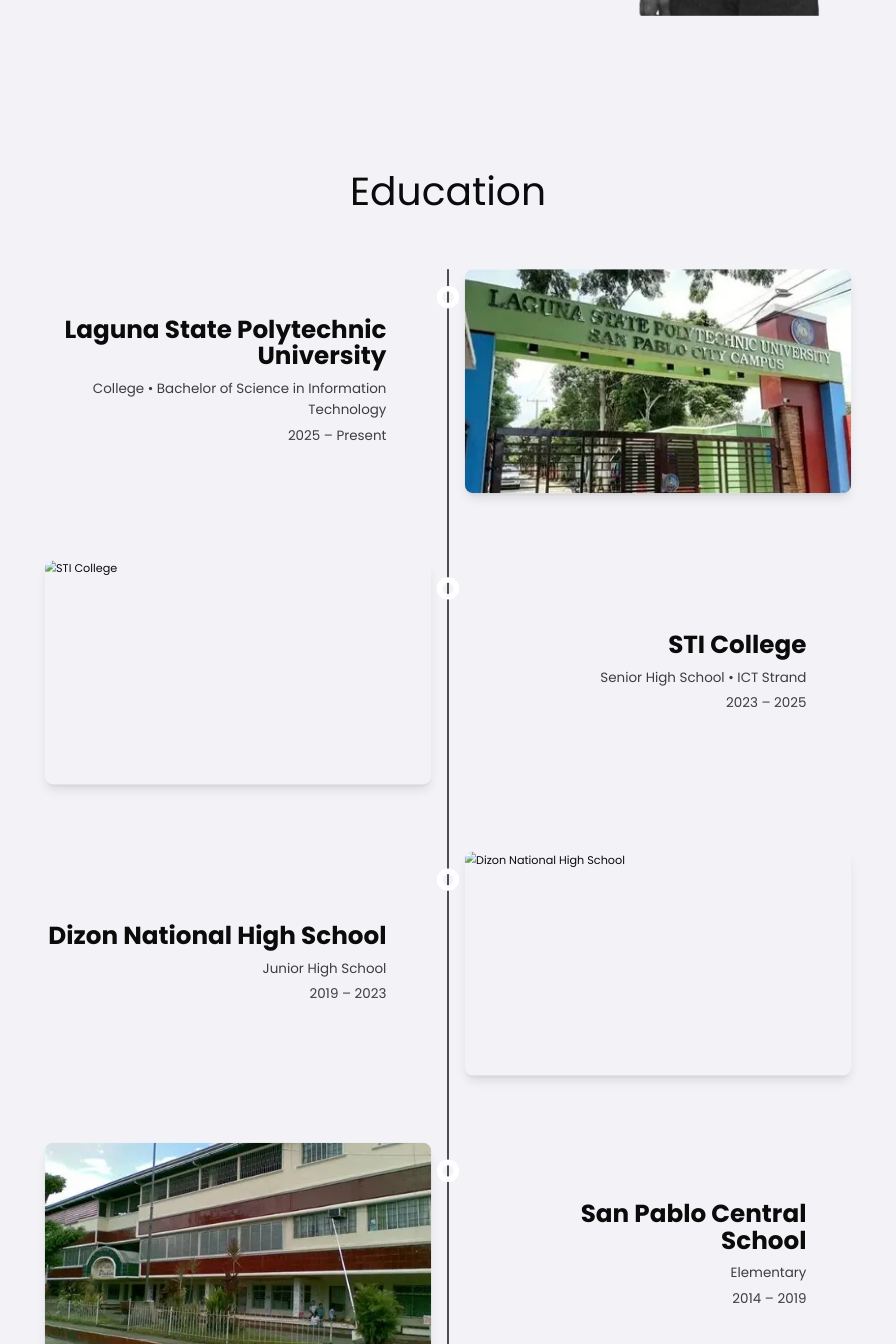
Repository: Latrell26/Portfolio-schoolProject
Page: /
These files come from the project's save history. The page is drawn as it stood at one moment and after a run of saves; the edit follows.
The browser window is 1280 px wide. The pictures show the part of the page from y = 1371 to 3291 px (the page is 6276 px tall), at 70% of full size.
The project was rebuilt for these pictures with package versions that can differ from the ones it lists, and the page was loaded fresh each time. Also part of the build but not shown: svelte.config.js, vite.config.js.

Above is the page before, as saved 2026-01-02 22:32:13.

### index.html
<!doctype html>
<html lang="en">
  <head>
    <meta charset="UTF-8" />
    <link rel="icon" type="image/svg+xml" href="/vite.svg" />
    <meta name="viewport" content="width=device-width, initial-scale=1.0" />
    <title>my-portfolio</title>
    <link rel="preconnect" href="https://fonts.googleapis.com">
<link rel="preconnect" href="https://fonts.gstatic.com" crossorigin>
<link href="https://fonts.googleapis.com/css2?family=Poppins:ital,wght@0,100;0,200;0,300;0,400;0,500;0,600;0,700;0,800;0,900;1,100;1,200;1,300;1,400;1,500;1,600;1,700;1,800;1,900&display=swap" rel="stylesheet">
 <link
    rel="stylesheet"
    href="https://cdnjs.cloudflare.com/ajax/libs/font-awesome/6.5.0/css/all.min.css"
  />
  </head>
  <body>
    <div id="app"></div>
    <script type="module" src="/src/main.js"></script>
  </body>
</html>

### src/app.css
@import "tailwindcss";

@theme {
  --color-dark: var(--dark);
  --color-medyolight: var(--medyolight);
  --color-light: var(--light);
}

:root {
  font-family: poppins;
  line-height: 1.5;
  font-weight: 400;
  color-scheme: light dark;
  color: #0B0B0B;
  background-color: #F2F2F7;
  font-synthesis: none;
  text-rendering: optimizeLegibility;
  -webkit-font-smoothing: antialiased;
  -moz-osx-font-smoothing: grayscale;
  --dark: #0B0B0B;
  --light: #F2F2F7;
  --medyolight: #3D3D3D;
  --light_bg: #F2F2F7;

  --tooltip-bg: var(--dark);
  --tooltip-text: var(--light);
  --tooltip-border: var(--dark);
}

.dark-mode {
  --dark: #0B0B0B;
  --medyolight: #E0E0E0;
  --light: #F2F2F7;
  --light_bg: #0B0B0B;
}

.dark-mode {
  background-color: var(--dark);
  color: var(--light);
  border-top-color: var(--light);
}

html{
  scroll-behavior: smooth;
  transition: color 0.3s ease;

}

h1 {
  font-size: clamp(4rem, 7vw, 8rem);
  font-weight: 700;
  line-height: 1.1;
}
h2 {
  font-size: clamp(2rem, 6vw, 3.5rem);
  line-height: 1.1;
}
h3 {
  font-size: clamp(2rem, 6vw, 2.2rem);
  line-height: 1.1;
}
h4 {
  font-size: clamp(1rem, 6vw, 2rem);
  line-height: 1.1;
}
h5{
  font-size: clamp(2rem, 3vw, 2.5rem);
}
p{
  font-size: clamp(1rem, 6vw, 1.2rem);
  color: var(--medyolight);
}

span{
  color: var(--light);
}

.border-light {
  border-color: transparent;
}
.border-t-light {
  border-top-color: var(--dark);
}

@keyframes slide {
    from {
      transform: translateX(-100%);
    }
    to {
      transform: translateX(0);
    }
  }

### src/App.svelte
<script>
  import svelteLogo from "./assets/svelte.svg";
  import viteLogo from "/vite.svg";
  import NavBar from "./lib/navBar.svelte";
  import Footer from "./lib/footer.svelte";
  import * as img from "./imagedata.js";
  import { projects } from "./lib/arrayObjectsData.js";
  import { education } from "./lib/arrayObjectsData.js";
  import ProjectCard from "./lib/components-cards.svelte";
  import TimelineItem from "./lib/TimeLineItem.svelte";
  const icons = [
    { src: img.csharplogo, name: "C#" },
    { src: img.csslogo, name: "CSS" },
    { src: img.htmllogo, name: "HTML" },
    { src: img.javalogo, name: "Java" },
    { src: img.jslogo, name: "JavaScript" },
    { src: img.pythonlogo, name: "Python" },
    { src: img.sveltelogo, name: "Svelte" },
    { src: img.tailwindlogo, name: "Tailwind CSS" },
    { src: img.figmalogo, name: "Figma" },
    { src: img.supabaselogo, name: "Supabase" },
    { src: img.firebaselogo, name: "Firebase" },
    { src: img.github, name: "GitHub" },
    { src: img.gitlogo, name: "Git" },
  ];
</script>

<main class="max-w-330 mx-auto pt-2 px-4 lg:px-10 duration-300">
  <NavBar />
  <section
    class="h-screen flex flex-col justify-center items-center text-center"
    id="home"
  >
    <div>
      <h1 class="font-bold">Latrell Cruz</h1>
      <p class=" text-lg max-w-2xl">
        Aspiring Front-End Developer and senior high school student focused on
        building clean, responsive websites.
      </p>
    </div>

    <div class="flex flex-row gap-4 mt-4 justify-center items-center">
      <a href="https://www.facebook.com/share/1Da6x7yam2/">
        <i class="fa-brands fa-facebook text-[2.7rem] hover:text-[#1877F2] duration-300"></i>
      </a>
      <a href="https://www.linkedin.com/in/latrell-cruz-a11975387/">
        <i class="fa-brands fa-linkedin text-[2.8rem] hover:text-[#0A66C2] duration-300"></i>
      </a>
      <a href="https://github.com/Latrell26">
        <i class="fa-brands fa-github text-[2.8rem] duration-300"></i>
      </a>
    </div>
  </section>

  <section class="mb-35 pt-10" id="about">
    <div class="flex flex-wrap justify-between items-center">
      <div class="flex flex-col">
        <h2 class="mb-6">About me</h2>
        <div class="max-w-[50rem] leading-10 flex-1 text-justify">
          <p>
            Hey there! I'm Latrell Cruz from Brgy. San Nicolas, San Pablo City.
            I love making digital experiences that are easy to use and fun to
            interact with.
          </p>
          <p class="mt-4">
            I’m currently a 1st year student at LSPU San Pablo Campus, studying
            Information Technology. I’ve always been interested in technology
            and design, which made me focus on front-end development and UI/UX.
            I enjoy mixing creativity with coding to build websites and apps
            that people like and find useful.
          </p>
          <p class="mt-4">
            I am also part of OCTA, an organization in LSPU, where I belong to
            the Software Engineering as part of the Front-End team.
            Being part of OCTA helps me gain real experience, work with other
            developers, and improve my skills even more.
          </p>
        </div>
      </div>
      <img src={img.me} alt="me" class="hidden xl:block w-auto h-auto" />
    </div>
  </section>
  <section id="education" class="py-20 px-6">
  <div class="max-w-6xl mx-auto">
    <h2 class="text-center mb-20">Education</h2>

    <div class="relative">
      <div class="absolute left-1/2 transform -translate-x-1/2 w-0.5 bg-dark h-full hidden lg:block"></div>

      <div class="space-y-0">
        {#each education as edu, i}
          <TimelineItem
            school={edu.school}
            level={edu.level}
            year={edu.year}
            image={edu.image}
            imageAlt={edu.imageAlt}
            isLeft={i % 2 === 0}
          />
        {/each}
      </div>
    </div>
  </div>
</section>
  <section class="mb-5">
    <h3 class="flex justify-center items-center">Tech I Use</h3>
    <div class="relative overflow-hidden py-4 pt-12">
      <div
        class="pointer-events-none absolute inset-0 z-10
          bg-[linear-gradient(to_right,var(--light_bg)_0%,transparent_20%,transparent_80%,var(--light_bg)_100%)]
          "
      ></div>

      <div class="flex animate-[slide_26s_linear_infinite] gap-8 md:gap-16">
  <div class="flex gap-8 md:gap-16 flex-none">
    {#each icons as icon}
      <div class="relative group">
        <img
          src={icon.src}
          alt={icon.name}
          class="flex-none
                 h-12 w-12 sm:h-16 sm:w-16 md:h-24 md:w-24
                 transition-transform duration-300 ease-out
                 group-hover:scale-110 group-hover:-translate-y-2
                 cursor-pointer"
        />

        <span
          class="tooltip absolute bottom-full left-1/2 -translate-x-1/2 mb-3
                 px-3 sm:px-4 py-1 sm:py-2 text-xs sm:text-sm font-medium
                 rounded-lg opacity-0 group-hover:opacity-100
                 pointer-events-none whitespace-nowrap
                 transition-opacity duration-300 ease-out shadow-lg"
        >
          {icon.name}
          <span
            class="absolute top-full left-1/2 -translate-x-1/2
                   border-4 sm:border-8 border-light border-t-light"
          ></span>
        </span>
      </div>
    {/each}
  </div>

  <div class="flex gap-8 md:gap-16 flex-none">
    {#each icons as icon}
      <div class="relative group">
        <img
          src={icon.src}
          alt={icon.name}
          class="flex-none
                 h-12 w-12 sm:h-16 sm:w-16 md:h-24 md:w-24
                 transition-transform duration-300 ease-out
                 group-hover:scale-110 group-hover:-translate-y-2
                 cursor-pointer"
        />

        <span
          class="tooltip absolute bottom-full left-1/2 -translate-x-1/2 mb-3
                 px-3 sm:px-4 py-1 sm:py-2 text-xs sm:text-sm font-medium
                 rounded-lg opacity-0 group-hover:opacity-100
                 pointer-events-none whitespace-nowrap
                 transition-opacity duration-300 ease-out shadow-lg"
        >
          {icon.name}
          <span
            class="absolute top-full left-1/2 -translate-x-1/2
                   border-4 sm:border-8 border-light border-t-light"
          ></span>
        </span>
      </div>
    {/each}
  </div>
</div>

      </div>
  </section>

  <section class="mb-70 pt-20" id="projects">
    <h2 class="text-center mb-8">What I Build</h2>
    <div class="flex flex-wrap justify-center">
      <div class="grid grid-cols-1 lg:grid-cols-2 gap-16">
        {#each projects as project}
          <ProjectCard
            image={project.image}
            title={project.title}
            text={project.text}
            logo={project.logo || []}
            url={project.url}
          />
        {/each}
      </div>
    </div>
  </section>
  <section id="contact" class="pt-20">
    <Footer />
  </section>
</main>

<style>
  .tooltip {
    background-color: #0b0b0b;
    color: #f2f2f7;
    border-color: #0b0b0b;
  }

  .tooltip span {
    border-top-color: #0b0b0b;
  }

  :global(.dark-mode) .tooltip {
    background-color: #f2f2f7;
    color: #0b0b0b;
    border-color: #f2f2f7;
  }

  :global(.dark-mode) .tooltip span {
    border-top-color: #f2f2f7;
  }
</style>

### src/lib/navBar.svelte
<script>
  import { onMount } from "svelte";

  let isDark = false;
  let currentIcon;
  let menuOpen = false;
  let scrolled = false;
  let activeSection = "home";

  let prevScrollY = 0;
  let navbarVisible = true;
  let forceHide = false;

  const sunIcon = `
    <svg xmlns="http://www.w3.org/2000/svg" viewBox="0 0 24 24"
         fill="none" stroke="currentColor" class="w-4 h-4">
      <path stroke-linecap="round" stroke-linejoin="round" stroke-width="2"
            d="M12 3v1m0 16v1m9-9h-1M4 12H3
               m15.364 6.364l-.707-.707
               M6.343 6.343l-.707-.707
               m12.728 0l-.707.707
               M6.343 17.657l-.707.707
               M16 12a4 4 0 11-8 0 4 4 0 018 0z"/>
    </svg>
  `;

  const moonIcon = `
    <svg xmlns="http://www.w3.org/2000/svg" viewBox="0 0 24 24"
         fill="none" stroke="currentColor" class="w-4 h-4">
      <path stroke-linecap="round" stroke-linejoin="round" stroke-width="2"
            d="M20.354 15.354A9 9 0 018.646 3.646
               9.003 9.003 0 0012 21
               a9.003 9.003 0 008.354-5.646z"/>
    </svg>
  `;

  function applyDarkMode(value) {
    document.documentElement.classList.toggle("dark-mode", value);
    localStorage.setItem("darkMode", value);
    currentIcon = value ? moonIcon : sunIcon;
  }

  function toggleDarkMode() {
    isDark = !isDark;
    applyDarkMode(isDark);
  }

  function hideNavbarAfterClick() {
    forceHide = true;
    navbarVisible = false;
    setTimeout(() => forceHide = false, 1200);
  }

  onMount(() => {
    const saved = localStorage.getItem("darkMode");
    isDark = saved !== null
      ? saved === "true"
      : window.matchMedia("(prefers-color-scheme: dark)").matches;
    applyDarkMode(isDark);

    const handleScroll = () => {
      if (forceHide) return;

      const currentScrollY = window.scrollY;
      scrolled = currentScrollY > 50;

      if (currentScrollY > prevScrollY && currentScrollY > 100) {
        navbarVisible = false;
      } else if (currentScrollY < prevScrollY) {
        navbarVisible = true;
      }

      if (currentScrollY <= 10) navbarVisible = true;
      prevScrollY = currentScrollY;
    };

    window.addEventListener("scroll", handleScroll);

    const sections = document.querySelectorAll("section[id]");
    const observer = new IntersectionObserver(
      entries => {
        entries.forEach(entry => {
          if (entry.isIntersecting) activeSection = entry.target.id;
        });
      },
      { threshold: 0.5 }
    );
    sections.forEach(sec => observer.observe(sec));

    return () => {
      window.removeEventListener("scroll", handleScroll);
      observer.disconnect();
    };
  });
</script>

<nav
  class={`fixed top-0 left-0 right-0 z-50 py-2 transition-all duration-300 ease-out
  bg-transparent ${scrolled ? "bg-white/10 border-b border-white/20 backdrop-blur-xl shadow-md" : "border-b border-transparent"}
  ${navbarVisible ? "translate-y-0" : "-translate-y-full"}`}
>
  <div class="flex justify-between items-center max-w-7xl mx-auto px-4">
    <h5 class="font-semibold">LC</h5>

    <ul class="hidden md:flex gap-12 text-lg">
      {#each ["home","about","education","projects","contact"] as item}
        <li class="hover:underline underline-offset-4">
          <a href={`#${item}`} on:click={hideNavbarAfterClick}
             class={activeSection === item ? "underline" : ""}>
            {item[0].toUpperCase() + item.slice(1)}
          </a>
        </li>
      {/each}
    </ul>

    <button class="md:hidden text-2xl" on:click={() => menuOpen = true}>☰</button>

    <button
      on:click={toggleDarkMode}
      class="hidden md:flex relative w-14 h-7 rounded-full bg-white shadow-md flex items-center cursor-pointer"
    >
      <div class="w-7 h-7 rounded-full transition-all duration-300 flex items-center justify-center text-white
                  {isDark ? 'bg-dark translate-x-7' : 'bg-yellow-500 translate-x-0'}">
        {@html currentIcon}
      </div>
    </button>
  </div>
</nav>

<div
  class={`fixed top-0 right-0 h-full w-64 bg-black/80 backdrop-blur-xl text-white p-6 z-40
    transition-transform duration-300 ${menuOpen ? "translate-x-0" : "translate-x-full"}`}
>
  <button class="text-3xl mb-6" on:click={() => menuOpen = false}>✕</button>

  <button
    on:click={toggleDarkMode}
    class="relative w-14 h-7 rounded-full bg-white shadow-md flex items-center cursor-pointer mb-6"
  >
    <div class="w-7 h-7 rounded-full transition-all duration-300 flex items-center justify-center text-white
                {isDark ? 'bg-dark translate-x-7' : 'bg-yellow-500 translate-x-0'}">
      {@html currentIcon}
    </div>
  </button>

  <ul class="flex flex-col gap-6 text-xl">
    {#each ["home","about","education","projects","contact"] as item}
      <li>
        <a href={`#${item}`} on:click={() => { menuOpen = false; hideNavbarAfterClick(); }}
           class={activeSection === item ? "underline" : ""}>
          {item[0].toUpperCase() + item.slice(1)}
        </a>
      </li>
    {/each}
  </ul>
</div>

<style>
  .dark-mode {
    --dark: #0B0B0B;
    --light: #F2F2F7;
    background-color: var(--dark);
    color: var(--light);
  }
</style>

### src/lib/footer.svelte
    <script>
    import * as img from "../imagedata.js";
    </script>

    <footer class="" >
    <div class="max-w-7xl mx-auto">

        <div class="max-w-2xl">

        <h2 class="">Let's work together</h2>

        <form class="mt-10 space-y-8">
            <div>
            <p class="">Name</p>
            <input
                type="text"
                required
                placeholder="Yourname"
                class="w-full px-0 py-2 bg-transparent border-b-2
                    focus:outline-none
                    placeholder-medyolight"
            />
            </div>

            <div>
            <p class="">Email</p>
            <input
                type="email"
                required
                placeholder="your.email@example.com"
                class="w-full px-0 py-2 bg-transparent border-b-2
                    focus:outline-none
                    placeholder-medyolight"
            />
            </div>
            <div>
            <p class="">Message</p>
            <textarea
                required
                rows="3"
                placeholder="Say hello..."
                class="w-full px-0 py-2 bg-transparent border-b-2
                    focus:outline-none
                    resize-none placeholder-medyolight"
            ></textarea>
            </div>

            <button
            type="submit"
            class="px-8 py-4 bg-dark rounded-lg text-light cursor-pointer hover:bg-light border-1  hover:text-dark duration-400 ease-out"
            >
            Send message
            </button>
        </form>

        <div class="flex flex-row items-center gap-4 mt-16">
            <a
            href="https://www.facebook.com/share/1Da6x7yam2/"
            >
            <i class="fa-brands fa-facebook text-[2.2rem] hover:text-[#1877F2] duration-300"></i>

            </a>
            <a
            href="https://www.linkedin.com/in/latrell-cruz-a11975387/"
            >
            <i class="fa-brands fa-linkedin text-[2.3rem] hover:text-[#0A66C2] duration-300"></i>

            </a>
            <a
            href="https://github.com/Latrell26"
            >
            <i class="fa-brands fa-github text-[2.3rem] duration-300"></i>
            </a>
        </div>


        <div class="mt-16 mb-8">
            <h6 class="text-sm text-medyolight">© 2025 Latrell Cruz. All rights reserved.</h6>
        </div>

        </div>
    </div>
    </footer>

### src/lib/arrayObjectsData.js
    import * as img from "../imagedata.js";

    export const projects = [
    {
        image: img.antellDesgin,
        logo: [img.figmalogo],
        title: "AntelL Designs",
        text: "Antell Design is a project I made when I was doing my OJT at Frontline Business Solutions in Grade 12. It is one of the real projects we worked on, and it helped me learn more about design and how to create better work.",
        url: "https://www.figma.com/proto/a4Op28PIk09pDW6BaRUi9R/Untitled?node-id=19-143&starting-point-node-id=19%3A143",
    },
    {
        image: img.raiohDesign,
        logo: [img.htmllogo, img.csslogo, img.jslogo],
        title: "Raioh Design",
        text: "Raioh Design is another project I made during my OJT at Frontline Business Solutions. This project is also coded, not just a simple design. I learned a lot from this because it helped me understand real work and how to build working projects.",
        url: "https://latrell26.github.io/Raioh-Design/",
    },
    {
        image: img.insideStyle,
        logo: [img.htmllogo, img.csslogo, img.jslogo],
        title: "Inside Style",
        text: "Inside Style is also a project we made during our OJT. This is not just a mockup, because it is a real project with actual code. This project helped me practice more and improve my skills in web development.",
        url: "https://bespoke-entremet-1c588e.netlify.app/"
    },
    {
        image: "https://placehold.co/600x350",
        title: "Soon...",

    }
];
export const education = [
    {
      school: "Laguna State Polytechnic University",
      level: "College • Bachelor of Science in Information Technology",
      year: "2025 – Present",
      image: img.lspu,
    },
    {
      school: "STI College",
      level: "Senior High School • ICT Strand",
      year: "2023 – 2025",
      imageSrc: "/images/sti.jpg",
      imageAlt: "STI College"
    },
    {
      school: "Dizon National High School",
      level: "Junior High School",
      year: "2019 – 2023",
      imageSrc: "/images/dizon.jpg",
      imageAlt: "Dizon National High School"
    },
    {
      school: "San Pablo Central School",
      level: "Elementary",
      year: "2014 – 2019",
      image: img.central,
      imageAlt: "San Pablo Central School"
    },
  ];

### src/lib/components-cards.svelte
<script>
    export let image = "";
    export let title = "";
    export let text = "";
    export let logo = [];
    export let url = "#";

    let isDisabled = title === "Soon...";
</script>

<div class="group">
    <a
        href={isDisabled ? "#" : url}
        target="_blank"
        rel="noopener noreferrer"
        class={`block ${isDisabled ? 'pointer-events-none cursor-not-allowed' : ''}`}
    >
        <div class="mb-4 relative rounded-lg overflow-hidden">
            <div>
                <img
                    src={image}
                    alt={title}
                    class={`w-[600px] h-[350px] object-cover transition-transform duration-400 ease-out
                        ${isDisabled ? '' : 'group-hover:scale-104 cursor-pointer'}`}
                />

                <div class={`absolute inset-0
                            ${isDisabled ? 'opacity-0' : 'opacity-0 group-hover:opacity-100'}
                            transition-opacity duration-400 ease-out
                            backdrop-blur-sm
                            bg-white/5
                            flex items-end justify-center pb-8
                            pointer-events-none`}
                >
                    {#if !isDisabled}
                    <div class="bg-white/20 backdrop-blur-lg rounded-xl px-6 py-2 border border-white/30 shadow-xl
                                translate-y-4 group-hover:translate-y-0 transition-transform duration-400 ease-out">
                        <p class=" tracking-wide drop-shadow-lg">
                            <span>View project →</span>

                        </p>
                    </div>
                    {/if}
                </div>
            </div>
        </div>
    </a>

    <div>
        <h3 class="font-semibold mb-2">
            {title}
        </h3>

        <p class="leading-relaxed mb-2 max-w-[37rem] text-justify">
            {text}
        </p>

        <div class="flex gap-2 flex-wrap">
            {#each logo as icon}
                <img
                    src={icon}
                    alt="tech icon"
                    class="w-10 h-10 md:w-12 md:h-12 object-contain"
                />
            {/each}
        </div>
    </div>
</div>

### src/lib/TimeLineItem.svelte
<script>
  export let school = "";
  export let level = "";
  export let year = "";
  export let image = "";
  export let imageAlt = "";
  export let isLeft = true;
</script>

<div class="grid grid-cols-1 lg:grid-cols-2 gap-12 items-center relative mb-24">
    <div class={`text-left lg:text-right lg:pr-16 ${isLeft ? "order-2 lg:order-1" : "order-2 lg:order-2 text-right lg:text-left lg:pl-16"}`}>
        <h3 class="text-2xl md:text-3xl font-bold">{school}</h3>
        <p class="mt-3 text-lg">{level}</p>
        <p class="mt-2 ">{year}</p>
    </div>

    <div class={`${isLeft ? "order-1 lg:order-2" : "order-1 lg:order-1"}`}>
        <div class="rounded-xl shadow-lg overflow-hidden">
            <img
                src={image}
                alt={imageAlt}
                class="w-full h-80 object-cover transition-transform duration-500 hover:scale-105"
            />
        </div>
    </div>

    <div class="hidden lg:block absolute left-1/2 transform -translate-x-1/2 w-4 h-4 bg-primary rounded-full ring-8 ring-white dark:ring-gray-900 top-8"></div>
</div>

Loaded but not shown: src/main.js (common file); src/imagedata.js (57 lines, source omitted)

After the next 2 saves:
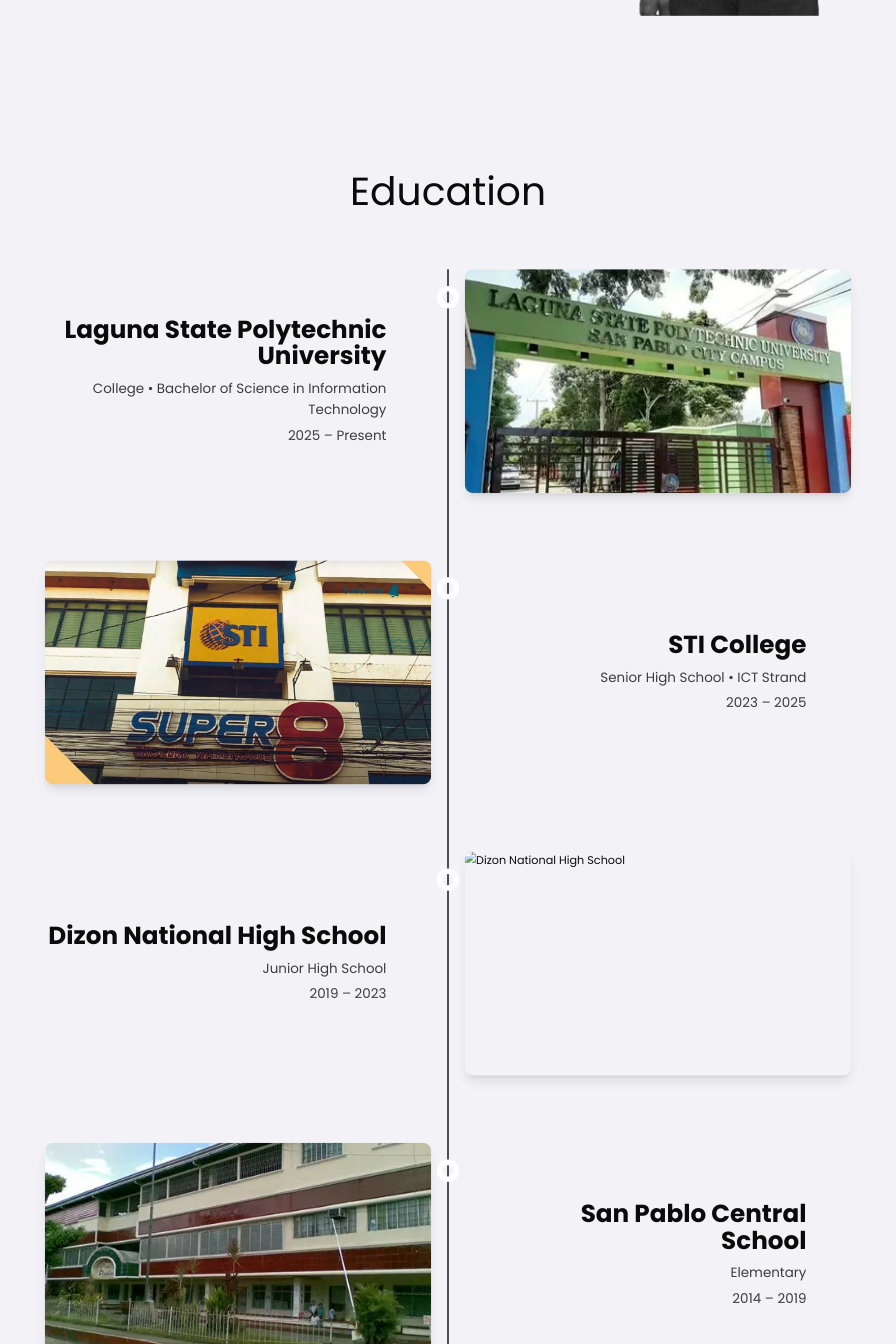
The 2 saves are shown as one change because they came seconds apart.
The last was saved 8 s later.
--- a/src/lib/arrayObjectsData.js
+++ b/src/lib/arrayObjectsData.js
@@ -39,7 +39,7 @@
       school: "STI College",
       level: "Senior High School • ICT Strand",
       year: "2023 – 2025",
-      imageSrc: "/images/sti.jpg",
+      image: img.sti,
       imageAlt: "STI College"
     },
     {
